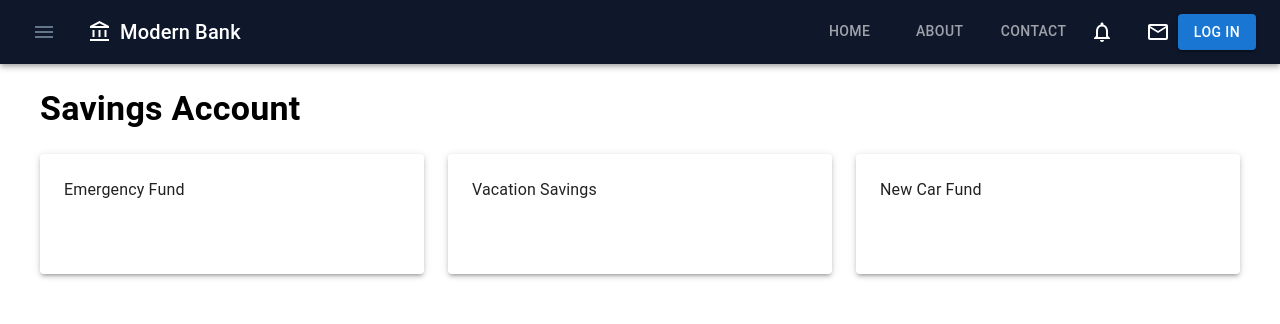
Repository: MohammadMazloum123/Moder-Bank-Full-Stack-Project
Page: /savings-account (app in Desktop/front-modernbank/front-modernbank/)
An editor plug-in stored every save of this project. The page is shown before and after the next save, followed by the edit.
The browser window is 1280 px wide. The pictures show the whole page.
The project was rebuilt for these pictures with package versions that can differ from the ones it lists, and the page was loaded fresh each time. Also part of the build but not shown: Desktop/front-modernbank/front-modernbank/src/components/HomePage.jsx, Desktop/front-modernbank/front-modernbank/src/transactions/NewTransaction.tsx, Desktop/front-modernbank/front-modernbank/src/transactions/TransactionsHistory.tsx.

Above is the page before, as saved 2024-11-18 17:17:29.

After the next save:
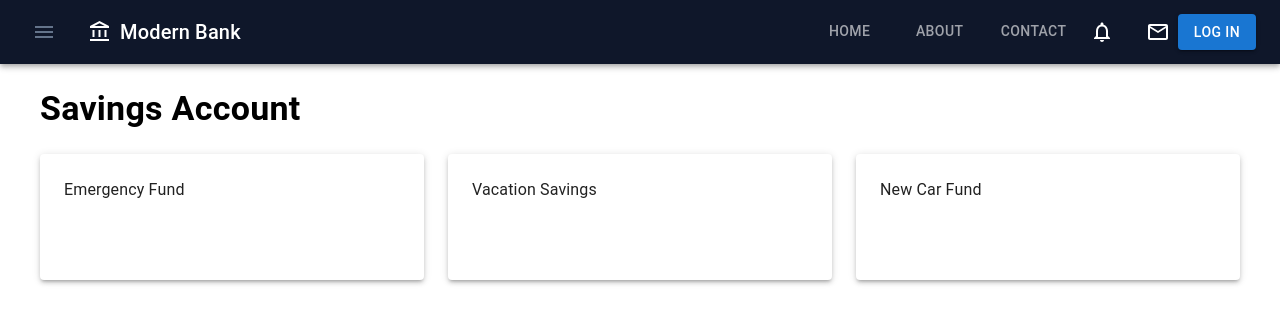
Saved 6 s later.
--- a/Desktop/front-modernbank/front-modernbank/src/savings/SavingsAccount.tsx
+++ b/Desktop/front-modernbank/front-modernbank/src/savings/SavingsAccount.tsx
@@ -59,7 +59,7 @@ return (
             {accounts.map((account) =>(
                 <Grid item xs={12} md={4} key={account.id}>
                     <Paper elevation={3} sx={{display:'flex', height:'100%', flexDirection:'column', p: 3}}>
-                        <Typography guut>{account.name}</Typography>
+                        <Typography gutterBottom>{account.name}</Typography>
                     </Paper>
                 </Grid>
             ))}
